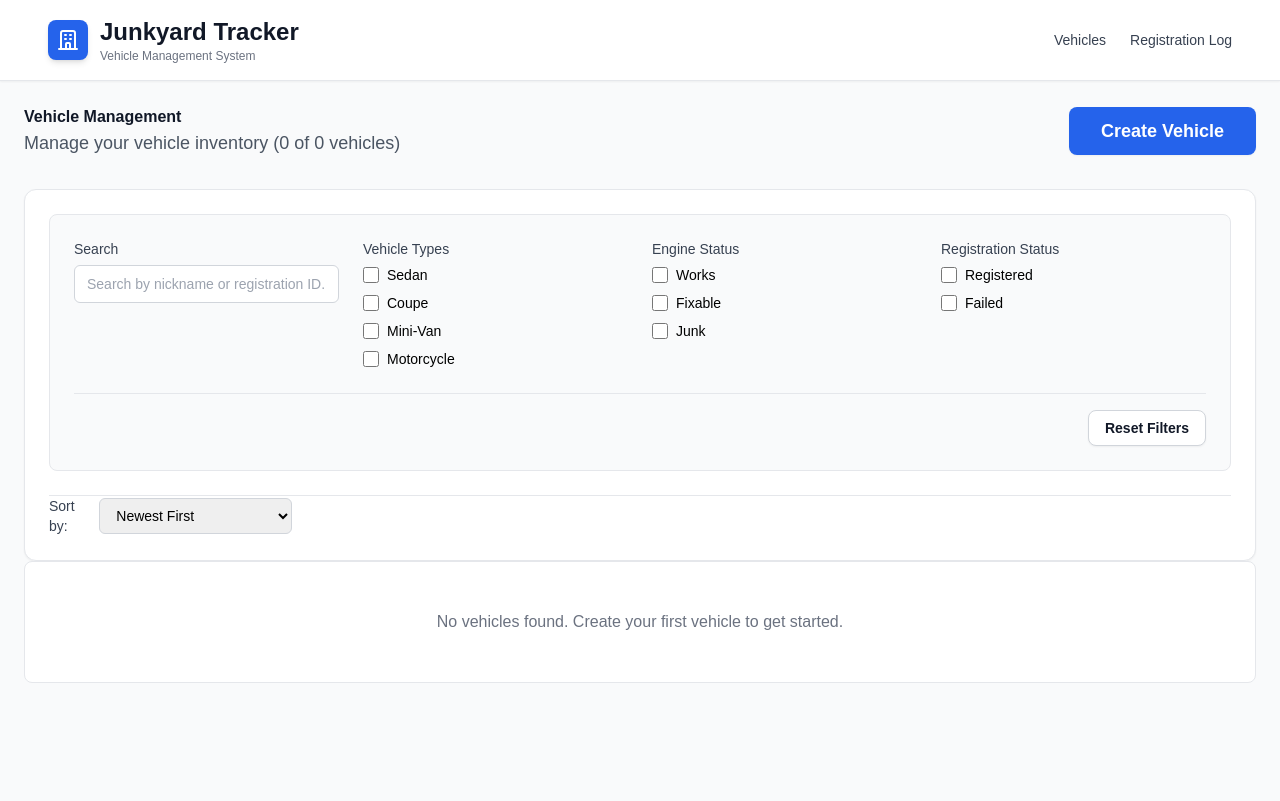
Repository: atomek88/vehicle-store
Page: /vehicles
These files come from the project's save history. The page is drawn as it stood at one moment and after the next save; the edit follows.
The browser window is 1280 px wide. The pictures show the whole page.
The project was rebuilt for these pictures with package versions that can differ from the ones it lists, and the page was loaded fresh each time. The framework's server and built-in components were replaced by stand-ins that run in the browser. Also part of the build but not shown: next.config.ts, src/components/ui/Badge.tsx, src/components/vehicle/SedanFields.tsx, src/components/vehicle/CoupeFields.tsx, src/components/vehicle/MiniVanFields.tsx, src/components/vehicle/MotorcycleFields.tsx, src/components/vehicle/VehicleForm.tsx, src/components/ui/ConfirmDialog.tsx.

Above is the page before, as saved 2026-01-21 00:36:11.

After the next save:
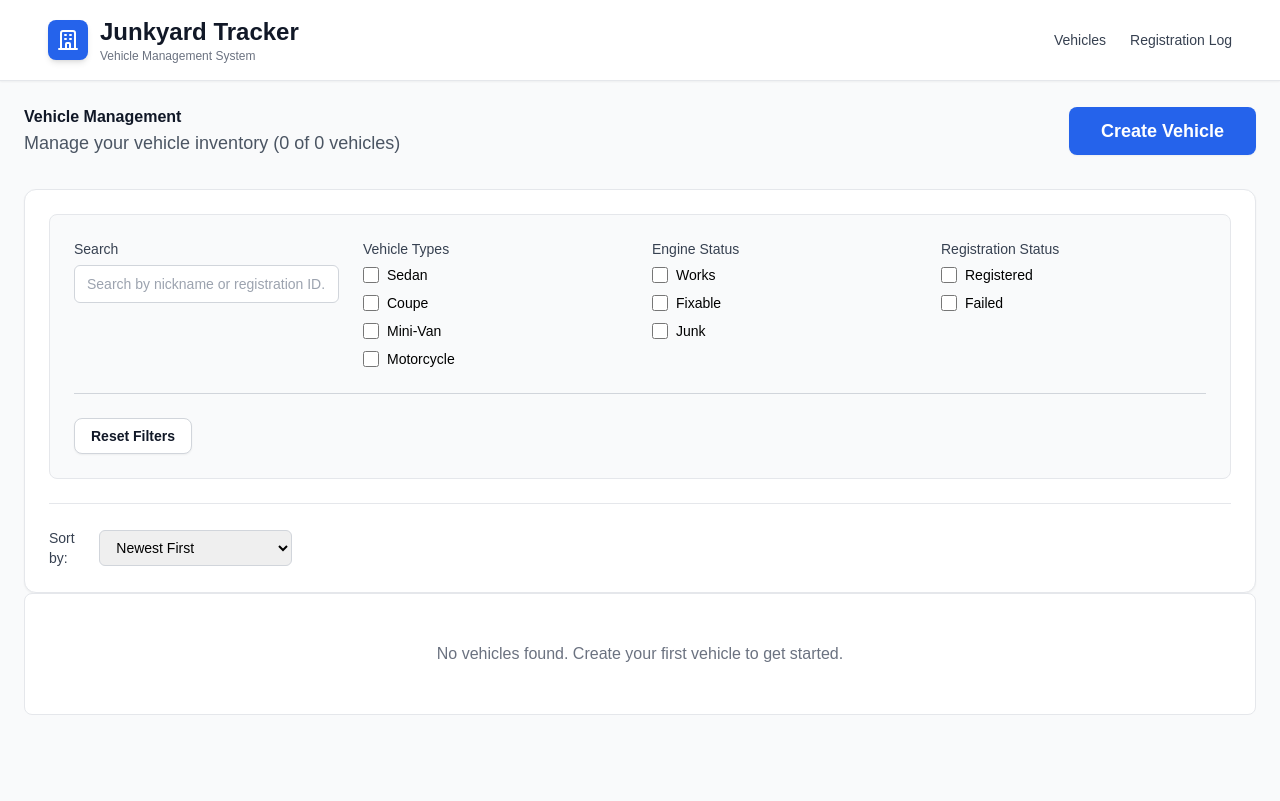
Saved 5 s later.
--- a/src/components/vehicle/FiltersBar.tsx
+++ b/src/components/vehicle/FiltersBar.tsx
@@ -105,7 +105,7 @@ export function FiltersBar({ filters, onFiltersChange, onReset, onSeedData }: Fi
         </div>
       </div>
 
-      <div className="mt-6 flex justify-end border-t border-gray-200 pt-4">
+      <div className="mt-6 flex justify-between border-t border-gray-300 pt-6">
         <Button variant="secondary" size="sm" onClick={onReset} className="shadow-sm">
           Reset Filters
         </Button>
